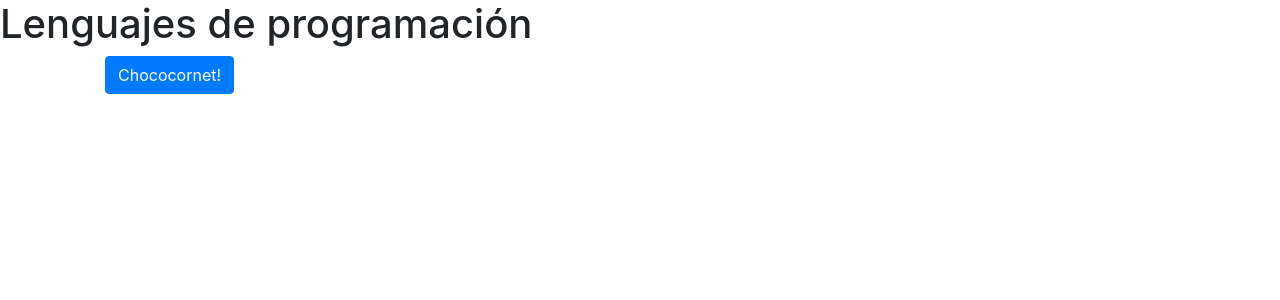
Repository: gitmadacode/practica_javascript
Page: Inicio/index.html
The author's editor kept a copy of each file at every save. The page is drawn from the files as they stood at one save, then again after the next save.
The browser window is 1280 px wide. The pictures show the whole page.

Above is the page before, as saved 2019-09-08 20:46:38.

After the next save:
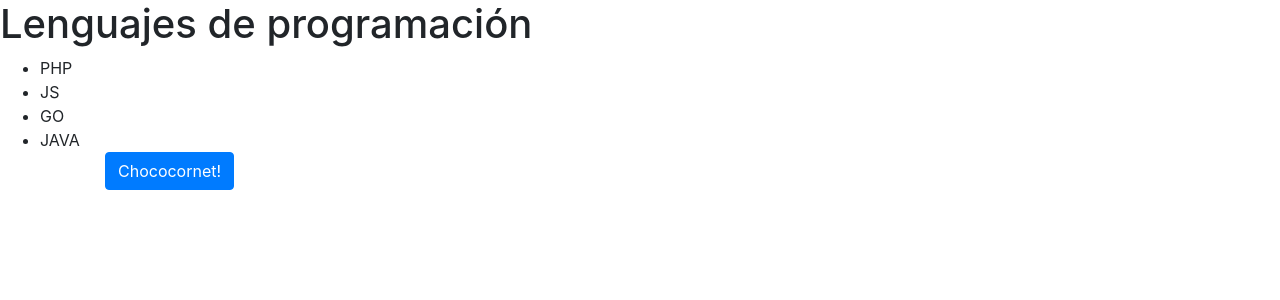
Saved 54 s later.
--- a/Inicio/js/arrays.js
+++ b/Inicio/js/arrays.js
@@ -24,6 +24,6 @@ for (var i = 0 ; i<lenguajes.length ; i++ ) {
 }
 document.write("</ul>");*/
 
-lenguajes.forEach(() =>{
-
+lenguajes.forEach((elemento,index,data) =>{
+    document.write("<li>"+elemento+"</li>");
 });
